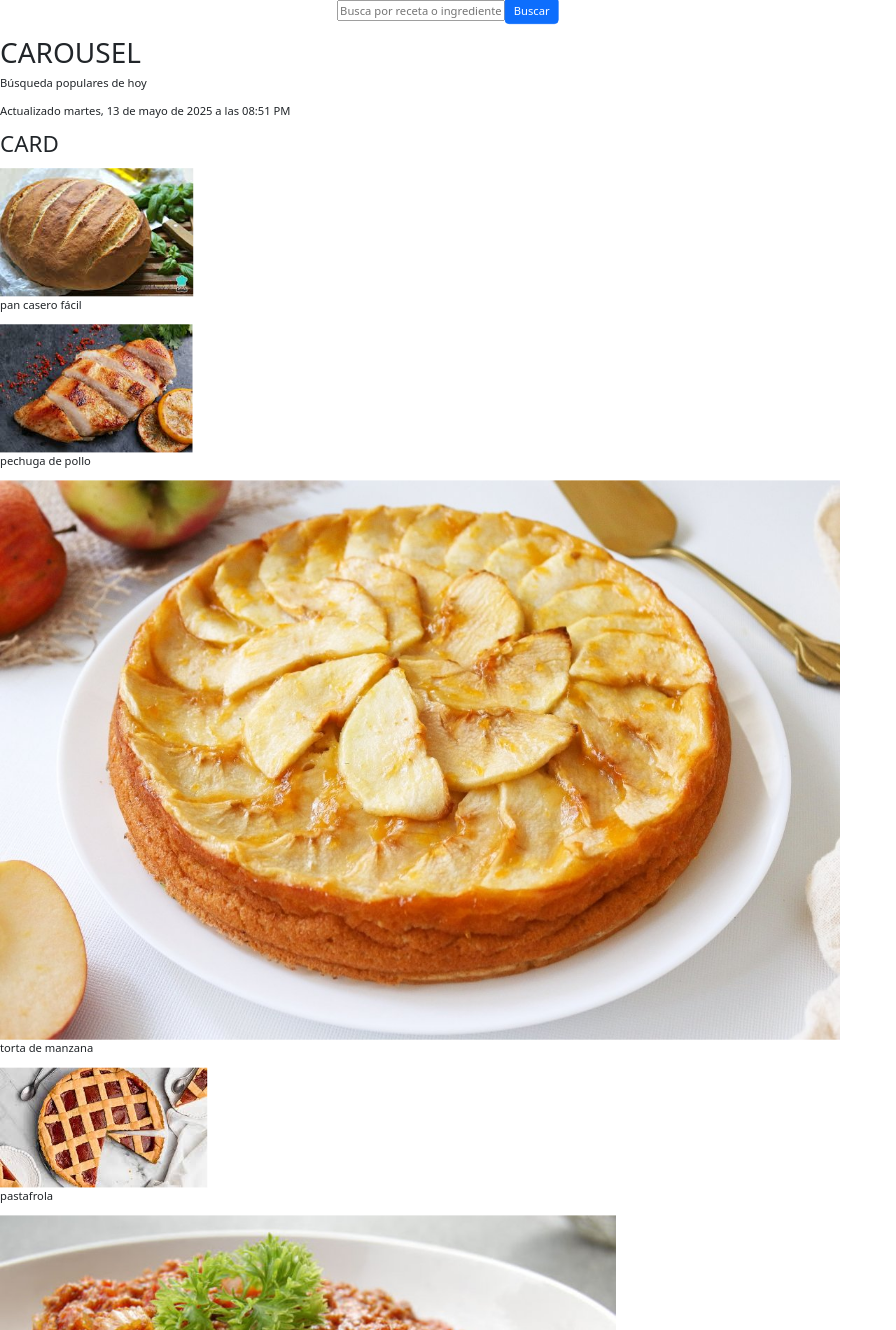
Repository: lucasp3113/coockpad
Page: index.html
These files come from the project's save history. The page is drawn as it stood at one moment and after the next save; the edit follows.
The browser window is 1280 px wide. The pictures show the part of the page from y = 336 to 2236 px (the page is 3662 px tall before and 3670 px after), at 70% of full size.
A picture or video elsewhere on the page could not be fetched, so the positions and the page height are approximate.

Above is the page before, as saved 2025-05-14 09:06:01.

### index.html
<!DOCTYPE html>
<html lang="es">
<head>
    <meta charset="UTF-8" />
    <meta name="viewport" content="width=device-width, initial-scale=1.0" />
    <title>Lamine Yamal</title>
    <link rel="stylesheet" href="style.css" />
    <link href="https://cdn.jsdelivr.net/npm/bootstrap@5.3.6/dist/css/bootstrap.min.css" rel="stylesheet" integrity="sha384-4Q6Gf2aSP4eDXB8Miphtr37CMZZQ5oXLH2yaXMJ2w8e2ZtHTl7GptT4jmndRuHDT" crossorigin="anonymous">
    <script src="https://cdn.jsdelivr.net/npm/bootstrap@5.3.6/dist/js/bootstrap.bundle.min.js" integrity="sha384-j1CDi7MgGQ12Z7Qab0qlWQ/Qqz24Gc6BM0thvEMVjHnfYGF0rmFCozFSxQBxwHKO" crossorigin="anonymous"></script>
</head>
<body>
    <header class="d-flex flex-row d-flex justify-content-center d-flex align-items-center m-3">
        <img src="logo_coockpad.png" alt="" />
        <h1>cookpad</h1>
    </header>
    <nav class="d-flex flex-row d-flex justify-content-center d-flex align-items-center m-3">
        <input type="text" placeholder="Busca por receta o ingredientes"/>
        <button type="submit" class="btn btn-primary">Buscar</button>
    </nav>
    <main>
        <section>
            <h1>CAROUSEL</h1>
        </section>
        <article>
            <p>Búsqueda populares de hoy</p>
            <p>Actualizado martes, 13 de mayo de 2025 a las 08:51  PM</p>
        </article>
        <section>
            <section>
                <figure>
                    <h2>CARD</h2>
                </figure>
                <figure>
                    <img src="pan.png" alt="" />
                    <p>pan casero fácil</p>
                </figure>
                <figure>
                    <img src="pechuga.png" alt="" />
                    <p>pechuga de pollo</p>
                </figure>
                <figure>
                    <img src="tarta-de-manzana.png" alt="" />
                    <p>torta de manzana</p>
                </figure>
            </div>
            </section>
            <section>
                <figure>
                    <img src="pastaflora.png" alt="" />
                    <p>pastafrola</p>
                </figure>
                <figure>
                    <img src="fideos.jpg" alt="" />
                    <p>fideos caseros</p>
                </figure>
                <figure>
                    <img src="panqueques.jpeg" alt="" />
                    <p>panqueques para canelones</p>
                </figure>
                <figure>
                    <img src="locro.png" alt="" />
                    <p>locro argentino</p>
                </figure>
            </section>
        </section>
    </main>
</body>
</html>

### style.css
.hola{
    color:red
}

After the next save:
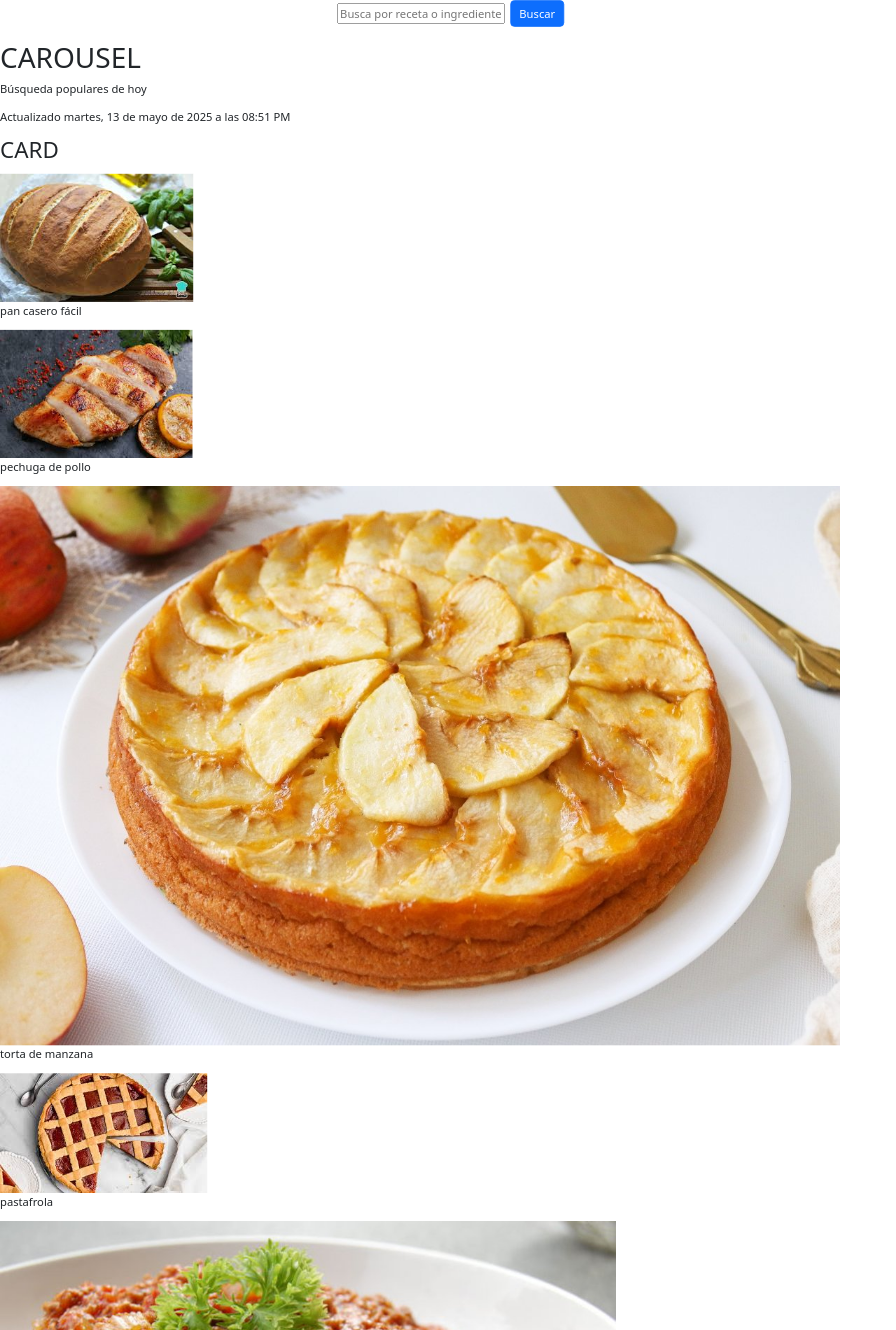
Saved 109 s later.
--- a/index.html
+++ b/index.html
@@ -14,7 +14,7 @@
         <h1>cookpad</h1>
     </header>
     <nav class="d-flex flex-row d-flex justify-content-center d-flex align-items-center m-3">
-        <input type="text" placeholder="Busca por receta o ingredientes"/>
+        <input type="text" class="m-2" placeholder="Busca por receta o ingredientes"/>
         <button type="submit" class="btn btn-primary">Buscar</button>
     </nav>
     <main>
